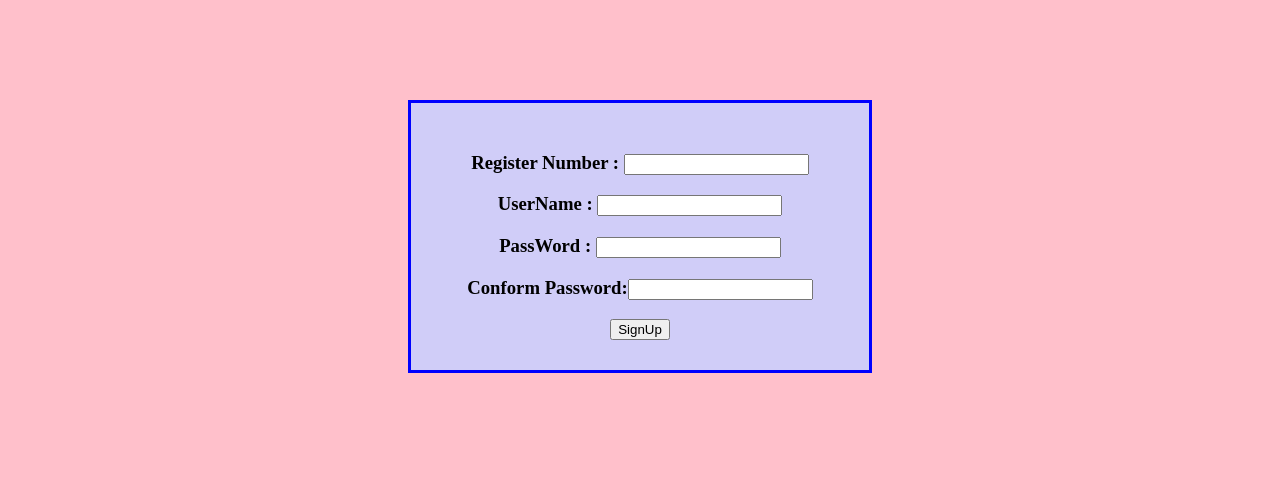
Repository: Vamsigundubogula/E-Commerce-Website
Page: http://localhost/E-commerce-website/signup.jsp
The author's editor kept a copy of each file at every save. The page is drawn from the files as they stood at one save, then again after the next save.
The browser window is 1280 px wide. The pictures show the whole page.
The page is served by Tomcat 9.

Above is the page before, as saved 2023-09-11 10:09:26.

After the next save:
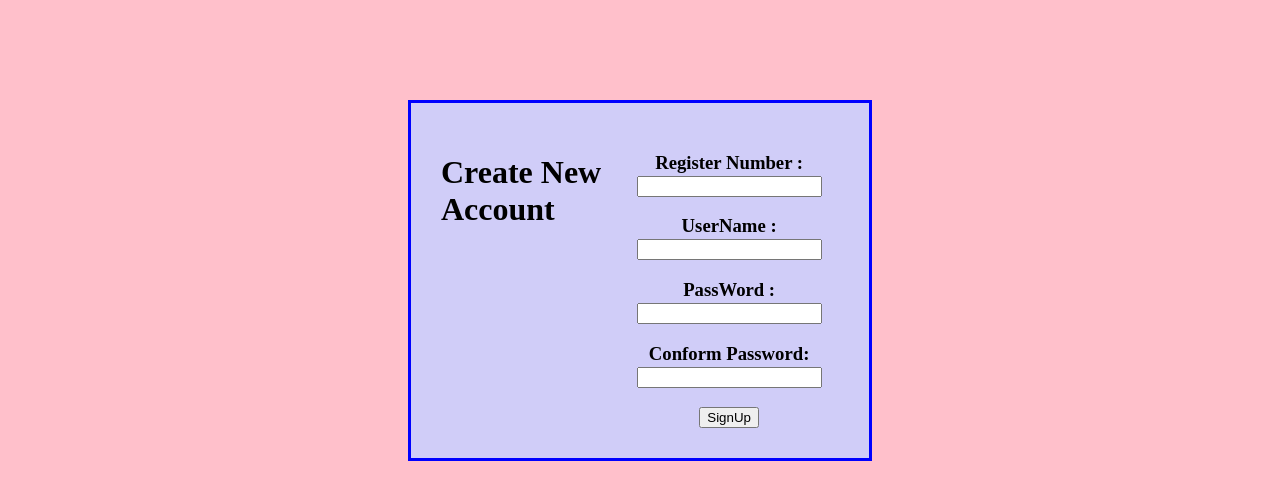
Saved 87 s later.
--- a/E-commerce-website/WebContent/signup.jsp
+++ b/E-commerce-website/WebContent/signup.jsp
@@ -18,6 +18,7 @@
 </style>
 <body bgcolor="pink">
     <div class="content">
+    <h1>Create New Account</h1>
     <form action="signup" method="post" align="center">
     <h3>Register Number : <input type="text" name="Rno"></h3>
     <h3>UserName        : <input type="text" name="uname"></h3>
